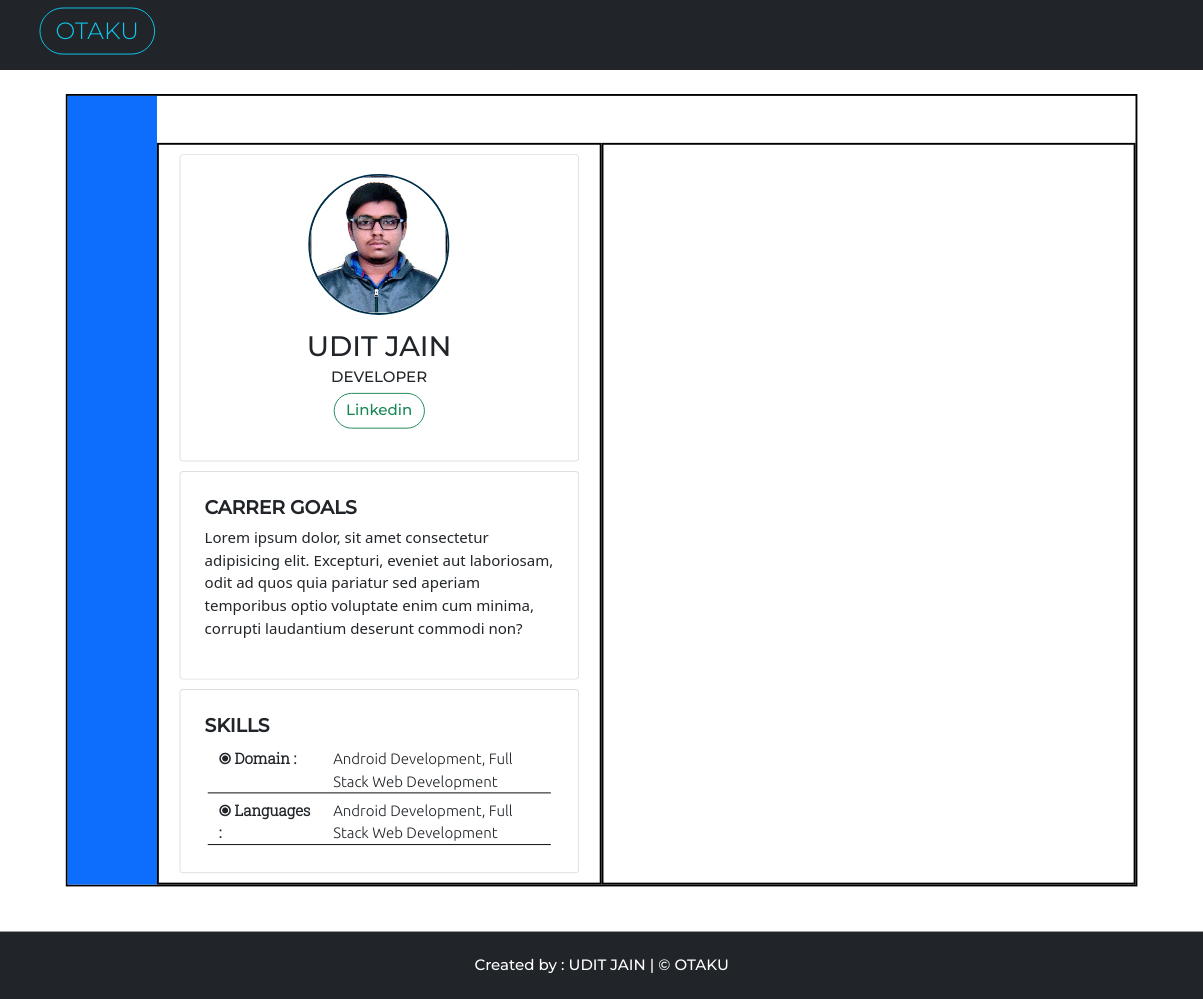
Repository: uditjain100/Responsive-Resume
Page: layouts/index.html
These files come from the project's save history. The page is drawn as it stood at one moment and after the next save; the edit follows.
The browser window is 1280 px wide. The pictures show the whole page, at 94% of full size.
Some web libraries are served in a nearby version.

Above is the page before, as saved 2021-03-01 14:34:00.

After the next save:
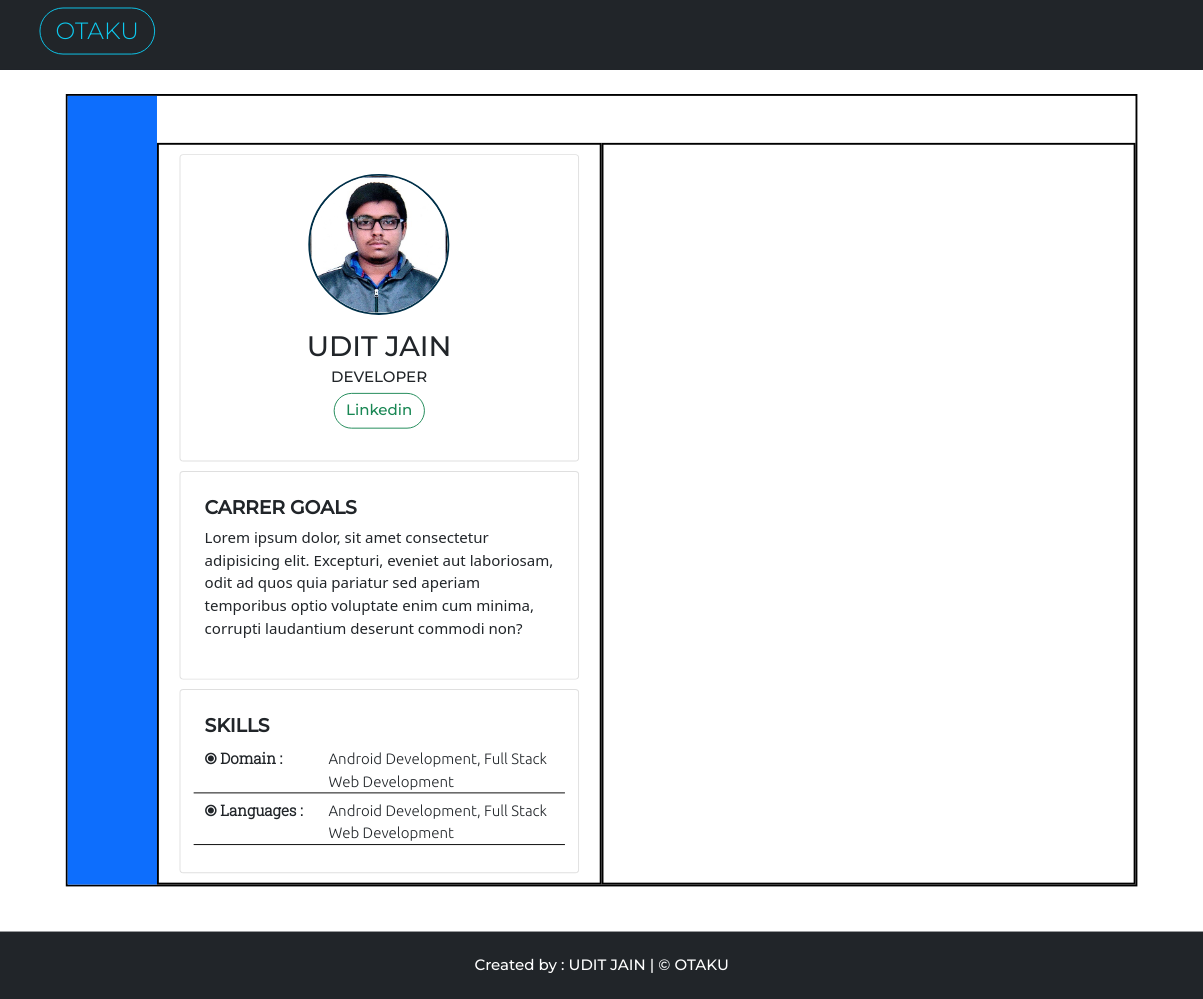
Saved 22 s later.
--- a/layouts/app.css
+++ b/layouts/app.css
@@ -91,7 +91,8 @@ html {
 
 #skillsitem {
   border-bottom: 1px black solid;
-  margin: 3px;
+  margin-top: 3px;
+  margin-bottom: 3px;
 }
 
 #que {
